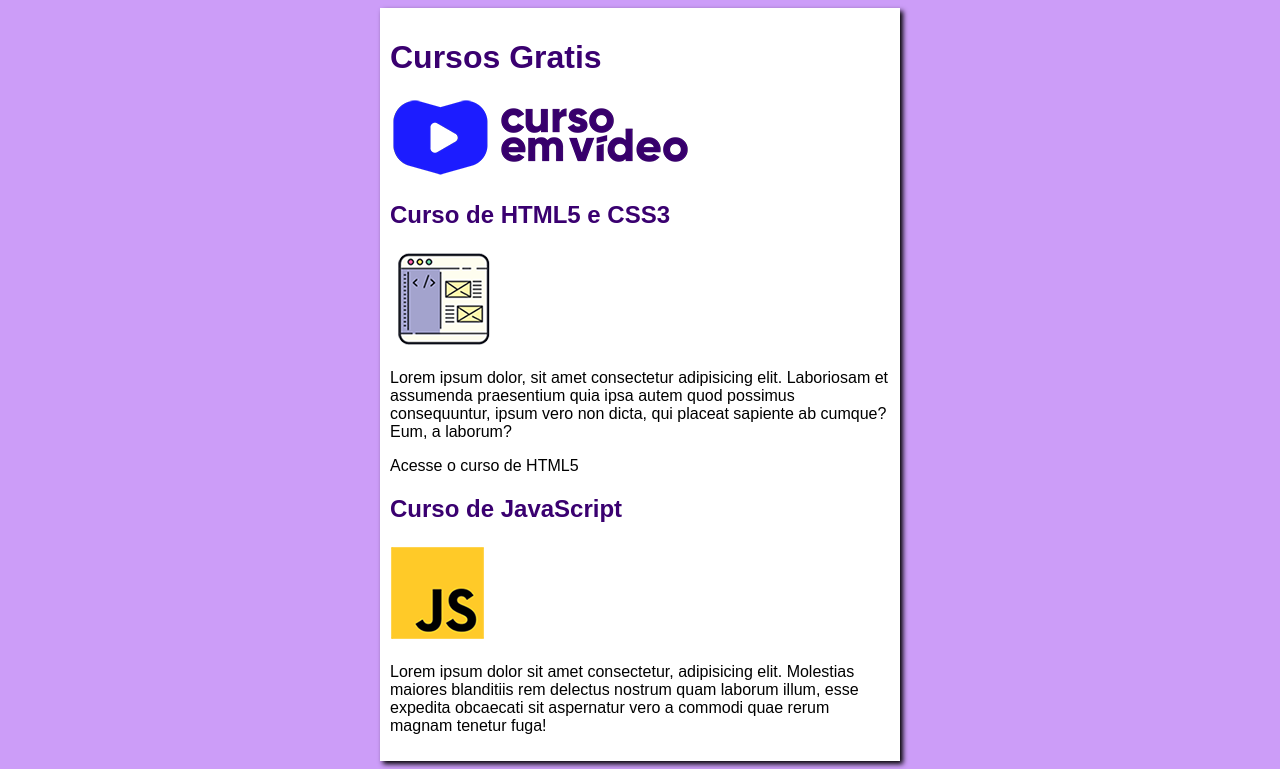
Repository: AnthonyLuanSantos/projeto-site
Page: index.html
These files come from the project's save history. The page is drawn as it stood at one moment and after the next save; the edit follows.
The browser window is 1280 px wide. The pictures show the whole page.

Above is the page before, as saved 2024-08-19 23:29:56.

After the next save:
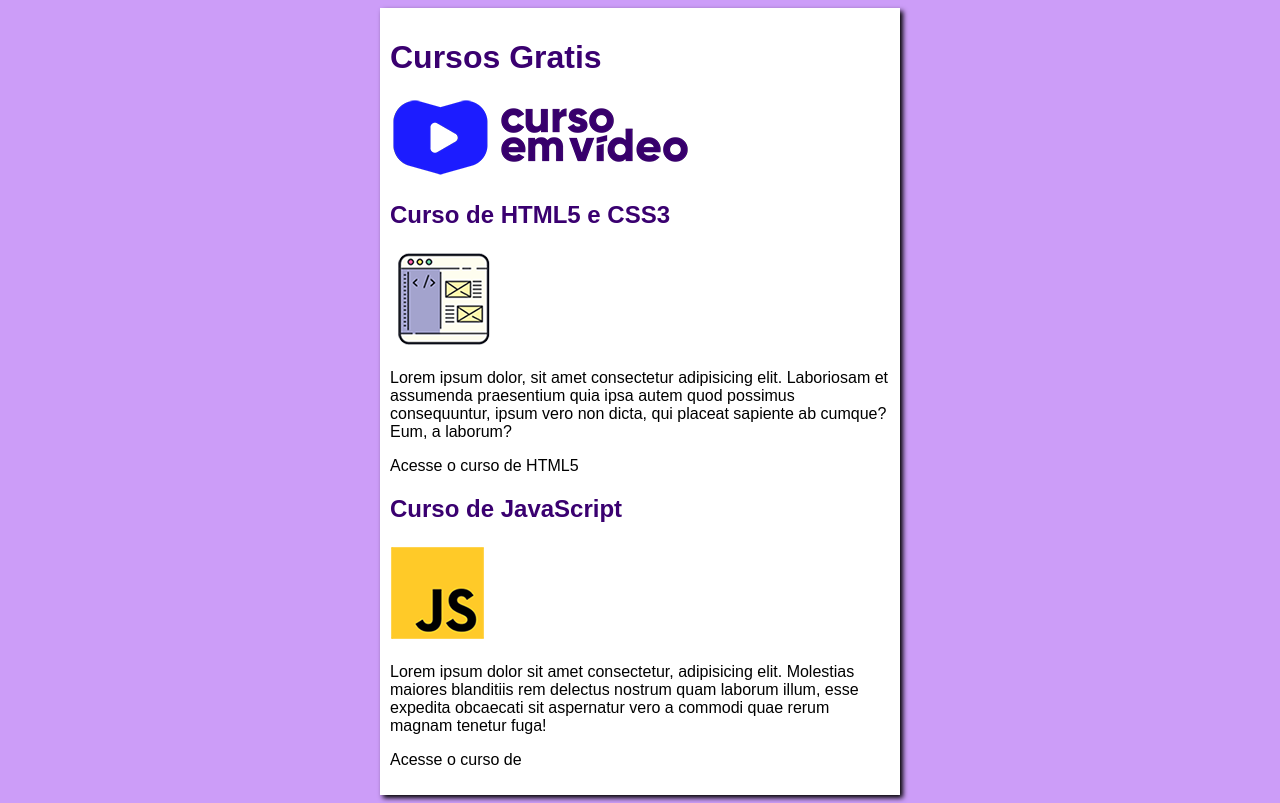
Saved 5 s later.
--- a/index.html
+++ b/index.html
@@ -22,7 +22,7 @@
             <h2>Curso de JavaScript</h2>
             <img src="imagens/curso-javascript.png" alt="Curso JavaScript">
             <p>Lorem ipsum dolor sit amet consectetur, adipisicing elit. Molestias maiores blanditiis rem delectus nostrum quam laborum illum, esse expedita obcaecati sit aspernatur vero a commodi quae rerum magnam tenetur fuga!</p>
-            <p></p>
+            <p>Acesse o curso de </p>
         </article>
     </main>
 </body>
